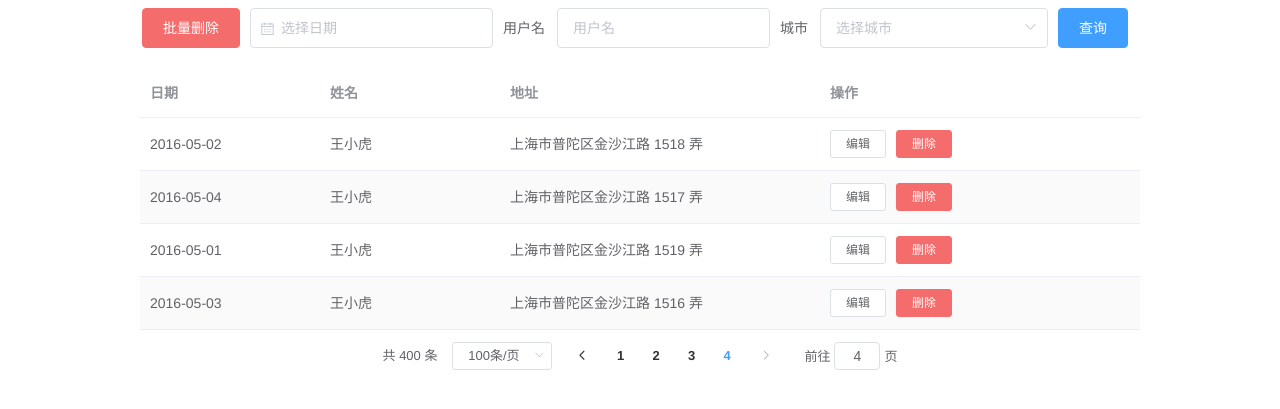
Repository: chang-meng-yun/vue_project
Page: /#/about
These files come from the project's save history. The page is drawn as it stood at one moment and after the next save; the edit follows.
The browser window is 1280 px wide. The pictures show the whole page.
The project was rebuilt for these pictures with package versions that can differ from the ones it lists, and the page was loaded fresh each time. Also part of the build but not shown: vue.config.js, src/VBindStudy.vue, src/components/HelloWorld.vue, src/views/HomeView.vue, src/views/AboutView.vue.

Above is the page before, as saved 2024-06-27 12:19:27.

After the next save:
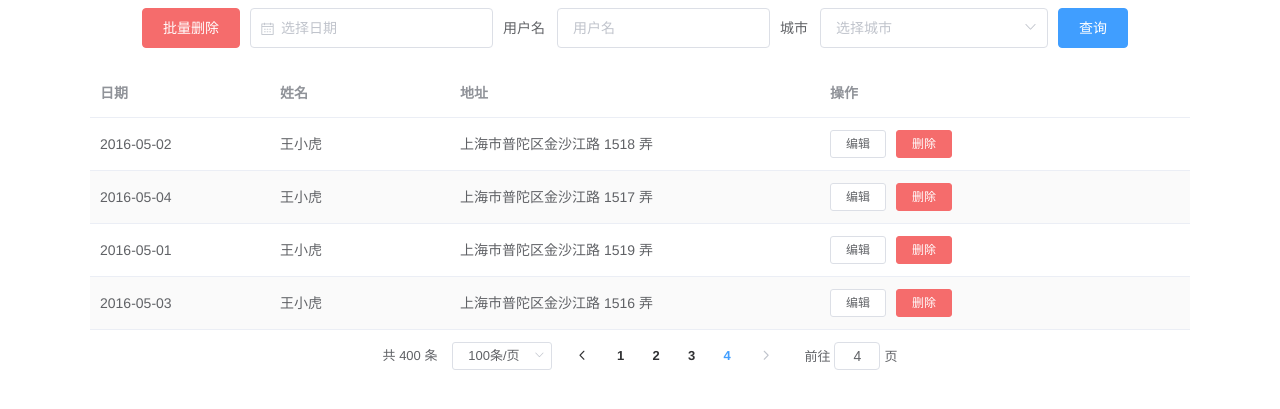
Saved 14 s later.
--- a/src/FromFrame.vue
+++ b/src/FromFrame.vue
@@ -1,5 +1,5 @@
 <template>
-    <div style="width: 1000px;margin: 0 auto;">
+    <div style="width: 1100px;margin: 0 auto;">
         <!-- 功能区域 -->
         <div>
               <el-form :inline="true" :model="formInline" class="demo-form-inline">

After the save that followed:
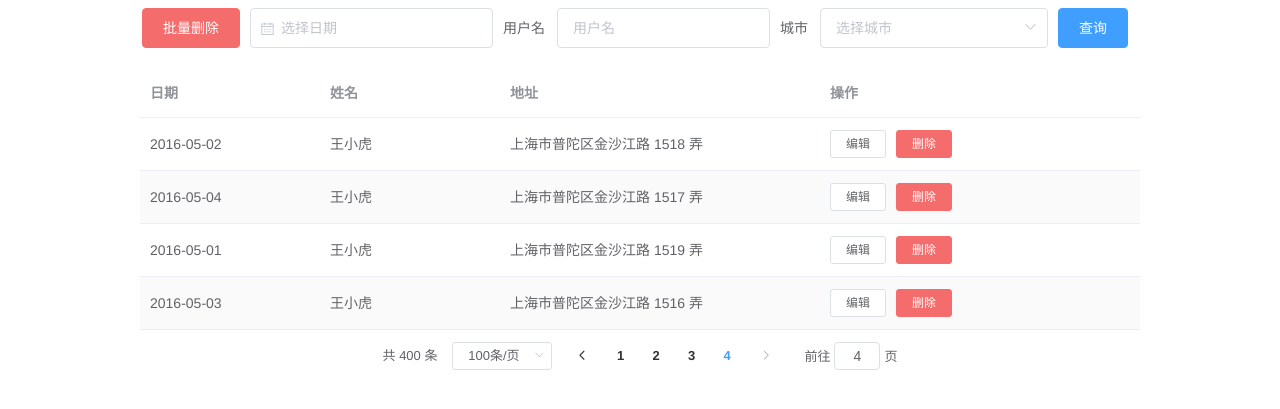
Saved 9 s later.
--- a/src/FromFrame.vue
+++ b/src/FromFrame.vue
@@ -1,5 +1,5 @@
 <template>
-    <div style="width: 1100px;margin: 0 auto;">
+    <div style="width: 1000px;margin: 0 auto;">
         <!-- 功能区域 -->
         <div>
               <el-form :inline="true" :model="formInline" class="demo-form-inline">
